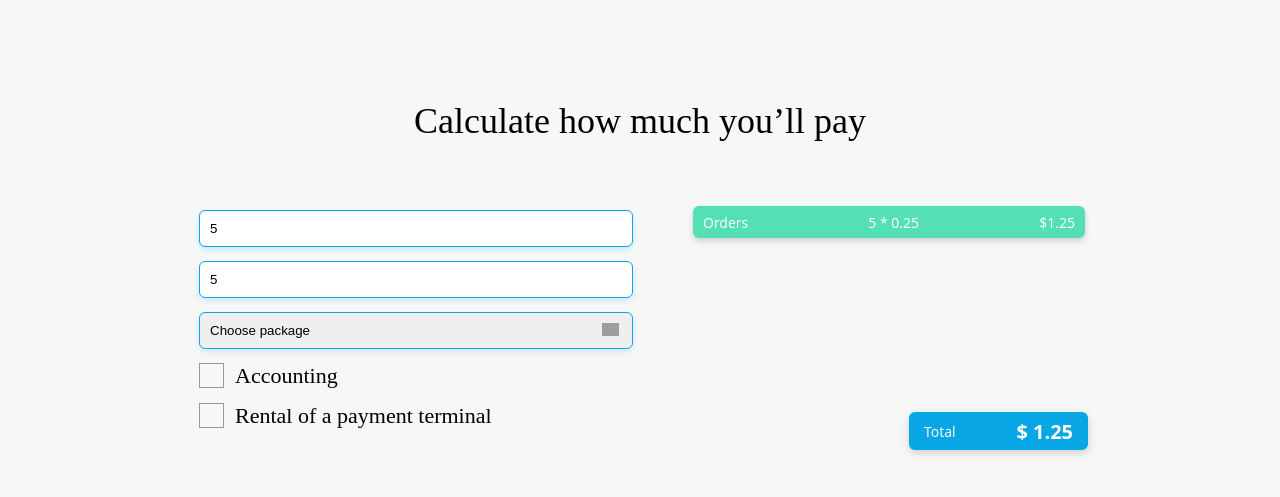
Repository: VolodymyrDubnytskyi/BestShop_project
Page: inedx2.html
These files come from the project's save history. The page is drawn as it stood at one moment and after the next save; the edit follows.
The browser window is 1280 px wide. The pictures show the whole page.
Empty fields were first filled with sample values (such as "Sample", 5 or name@example.com).
After loading, the first visible `#inMonth` was clicked once.
Pictures or frames that could not be fetched are drawn as grey boxes.

Above is the page before, as saved 2020-01-19 20:13:07.

### inedx2.html
<!DOCTYPE html>
<html lang="en">

<head>
    <meta charset="UTF-8">
    <meta name="viewport" content="width=device-width, initial-scale=1.0">
    <meta http-equiv="X-UA-Compatible" content="ie=edge">
    <title>Document</title>
    <link rel="stylesheet" href="css/style.css">

</head>

<body>
    <div class="calculate-bg">
        <section class="calculate-main">
            <h2 class="calculate-heading">Calculate how much you’ll pay</h2>
            <form action="" class="calculate-form">

                <div class="calculate-box calculate-box-inputs">
                    <input type="number" name="productsQuantity" id="quantity">
                    <input type="number" name="ordersInmonth" id="inMonth">
                    <div class="custom-select-box">
                        <select name="package" id="package" class="selcet-package" aria-placeholder="Products quantity">
                                <option class="disable-option" disabled selected> Choose package</option>
                                <option value="basic">Basic</option>
                                <option value="professional">Professional</option>
                                <option value="premium">Premium</option>
                        </select>
                    </div>

                    <label class="container-new-chekbox container-new-chekbox-accounting ">
                        <input type="checkbox" id="checkboxAccounting">
                        <span class="checkmark"></span>
                        Accounting
                    </label>
                    <label class="container-new-chekbox container-new-chekbox-rental">
                        <input type="checkbox" name="" id="checkboxRental">
                        <span class="checkmark"></span>
                        Rental of a payment terminal
                    </label>


                </div>
            </form>
            <div class="calculate-box calculate-box-value">
                <div id="valueProducts">
                    <span id="products"></span>
                    <span id="productsCalculate"></span>
                    <span id="productsSum"></span>
                </div>
                <div id="valueOrders">
                    <span class="orders"></span>
                    <span class="ordersCalculate"></span>
                    <span class="ordersSum"></span>
                </div>
                <div id="valuePackage">
                    <span class="selectPackage"></span>
                    <span class="selectPackageCalculate"></span>
                    <span class=' selectPackageSum'></span>
                </div>
                <div id="valueAccounting">
                    <span class="accounting"></span>
                    <span class="accountingSum"></span>
                </div>
                <div id="valueTerminal">
                    <span class="terminal"></span>
                    <span class="terminalSum"></span>
                </div>

                <button id="submit" class="btn-submit"> <span class="spant-total-btn">Total</span><span>$ <span  class="for-new-el">0</span> </span></button>
            </div>

        </section>

    </div>
    <script src="js/main.js"></script>
</body>

</html>

### js/main.js
document.addEventListener('DOMContentLoaded', function () {
    // basic
    const body = document.querySelector("body");
    // inputs " Calculate how much you’ll pay "
    const quantity = document.querySelector("#quantity");
    const inMonth = document.querySelector("#inMonth");
    const select = document.querySelector("#package");
    const submit = document.querySelector("#submit");
    const form = document.querySelector(".calculate-form");
    const calculateBoxInputs = document.querySelector(".calculate-box-inputs");
    // boxes where is will be sum of input value
    // oreders price
    const orders = document.querySelector(".orders");
    const ordersCalculate = document.querySelector(".ordersCalculate");
    const ordersSum = document.querySelector(".ordersSum");
    // select package price
    const selectPackage = document.querySelector(".selectPackage");
    const selectPackageCalculate = document.querySelector(".selectPackageCalculate");
    const selectPackageSum = document.querySelector(".selectPackageSum");
    // accounting price
    const containerChekbox = document.querySelectorAll(".container-new-chekbox");
    const accountingEl = document.querySelector(".accounting");
    const accountingSum = document.querySelector(".accountingSum");
    // terminal price
    const terminalEl = document.querySelector(".terminal");
    const terminalSum = document.querySelector(".terminalSum");
    // span
    const newElSpan = document.querySelector(".for-new-el");

    // else
    const spantTotal = document.querySelector(".spant-total-btn");
    const perProduct = 0.5;
    const perDay = 0.25;
    const accounting = 35;
    const terminal = 5;





    const objectOfArraysForStoreg = {
        quantity: [],
        orders: []
    }


    const eventForQuantity = function (e) {

        if (quantity.value === '' || quantity.value === null || quantity.value === undefined || quantity.value <= 0) {
            valueProducts.style.display = 'none';
            newElSpan.innerText = 0;
            productsSum.removeAttribute('data-sum');
        } else {
            valueProducts.style.display = 'flex';
            const sumQuantity = quantity.value * perProduct;
            products.innerText = "Products";
            productsCalculate.innerText = quantity.value + " " + "*" + " " + perProduct;
            productsSum.innerText = "$" + sumQuantity;
            productsSum.setAttribute('data-sum', sumQuantity)

        }
        totalCount();
    }

    quantity.addEventListener('click', eventForQuantity, false);
    quantity.addEventListener('keyup', eventForQuantity, false);


    const eventForOrders = function (e) {
        const suminMonth = inMonth.value * perDay;

        if (inMonth.value === '' || inMonth.value === null || inMonth.value === undefined || inMonth.value <= 0) {
            valueOrders.style.display = 'none';
            ordersSum.removeAttribute('data-sum');
        } else {
            valueOrders.style.display = 'flex';
            orders.innerText = "Orders";
            ordersCalculate.innerText = inMonth.value + " " + "*" + " " + perDay;
            ordersSum.innerText = "$" + suminMonth;
            ordersSum.setAttribute('data-sum', suminMonth);
        }
        totalCount();
    }

    inMonth.addEventListener('click', eventForOrders, false);
    inMonth.addEventListener('keyup', eventForOrders, false);

    select.addEventListener('click', function () {
        if (select.className === 'selcet-package selcet-package-activ-arrow') {
            select.classList.remove('selcet-package-activ-arrow');
            let boxRemove = document.querySelector(".select-option-custome");
            boxRemove.remove();
        } else {
            select.classList.add('selcet-package-activ-arrow');
            let box = document.createElement('div');
            box.classList.add('select-option-custome');

            let span1 = document.createElement('span');
            span1.classList.add('span-select');
            span1.innerText = 'Basic';

            let span2 = document.createElement('span');
            span2.classList.add('span-select');
            span2.innerText = 'Professional';

            let span3 = document.createElement('span');
            span3.classList.add('span-select');
            span3.innerText = 'Premium';

            box.appendChild(span1);
            box.appendChild(span2);
            box.appendChild(span3);
            calculateBoxInputs.appendChild(box);

            let spanClick = [span1, span2, span3];

            for (const el of spanClick) {
                el.addEventListener('click', function (e) {
                    let boxRemove = document.querySelector(".select-option-custome");
                    if (e.currentTarget === span1) {
                        select.value = "basic";
                        boxRemove.remove();
                        select.classList.remove('selcet-package-activ-arrow');
                    } else if (e.currentTarget === span2) {
                        select.value = 'professional';
                        boxRemove.remove();
                        select.classList.remove('selcet-package-activ-arrow');
                    } else if (e.currentTarget === span3)
                        select.value = 'premium'
                    boxRemove.remove();
                    select.classList.remove('selcet-package-activ-arrow');



                    if (select.value === "professional") {
                        count = 25;
                        valueAccounting.removeAttribute('data-sum');
                        selectPackageSum.setAttribute('data-sum', count);
                        totalCount();
                    }
                    if (select.value === "premium") {
                        count = 60;
                        valueAccounting.removeAttribute('data-sum');
                        selectPackageSum.setAttribute('data-sum', count);
                        totalCount();
                    }
                    if (select.value === "basic") {
                        count = 0;
                        valueAccounting.removeAttribute('data-sum');
                        selectPackageSum.setAttribute('data-sum', count);
                        totalCount();
                    }

                    // newElSpan.innerText = newSumOfTotal + count;

                    valuePackage.style.display = 'flex';
                    selectPackage.innerText = 'Package';
                    selectPackageCalculate.innerText = select.value.charAt(0).toUpperCase() + select.value.slice(1);
                    selectPackageSum.innerText = count;
                })
            }
        }
    })

    const accountingCheckbox = document.querySelector(".container-new-chekbox-accounting");
    const rentalCheckbox = document.querySelector(".container-new-chekbox-rental");


    accountingCheckbox.addEventListener('change', function () {
        if (checkboxAccounting.checked) {
            accountingEl.innerText = " Accounting";
            accountingSum.innerText = accounting;
            valueAccounting.style.display = 'flex';
            accountingSum.setAttribute('data-sum', accounting)
            // totalCount();

        } else {
            valueAccounting.style.display = 'none';
            accountingSum.removeAttribute('data-sum');
            // totalCount();
        }
        totalCount();
    })

    rentalCheckbox.addEventListener('change', function () {
        if (checkboxRental.checked) {
            terminalEl.innerText = " Terminal";
            terminalSum.innerText = terminal;
            valueTerminal.style.display = 'flex';
            terminalSum.setAttribute('data-sum', terminal)
            totalCount();

        } else {
            valueTerminal.style.display = 'none';
            terminalSum.removeAttribute('data-sum');
            totalCount();
        }
    })

    function totalCount() {
        let p = body.querySelectorAll('[data-sum]');
        console.log(p);
        let sum = 0;
        p.forEach(function (el, i) {
            console.log(el.dataset.sum);
            sum = sum + parseFloat(el.dataset.sum)
            console.log(sum);
            newElSpan.innerText = sum;
        })
    }
});

Loaded but not shown: css/style.css (1133 lines, source omitted)

After the next save:
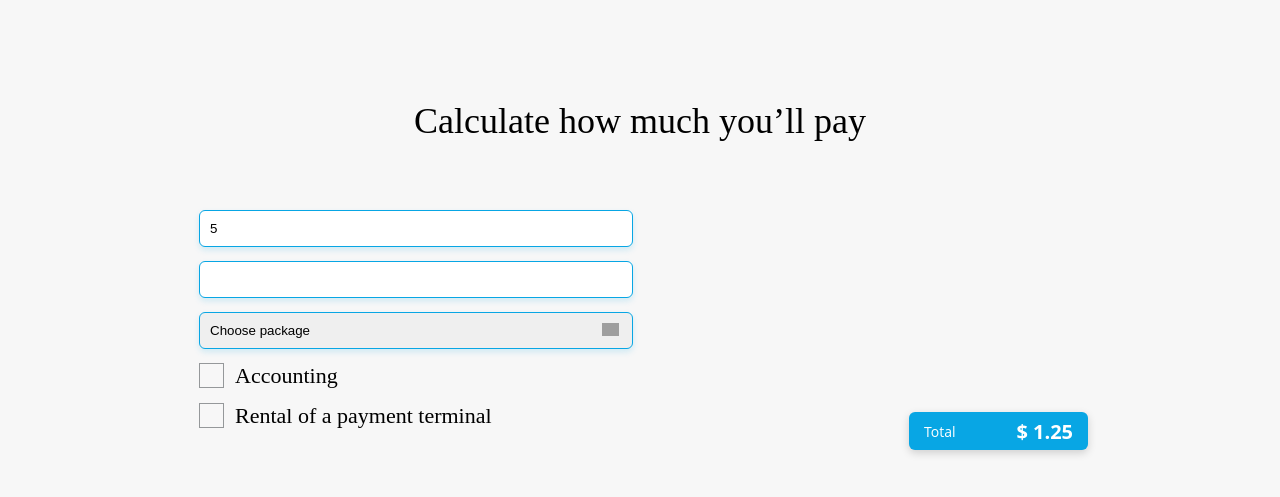
Saved 80 s later.
--- a/js/main.js
+++ b/js/main.js
@@ -80,6 +80,7 @@ document.addEventListener('DOMContentLoaded', function () {
             ordersSum.setAttribute('data-sum', suminMonth);
         }
         totalCount();
+        inMonth.value = '';
     }
 
     inMonth.addEventListener('click', eventForOrders, false);
